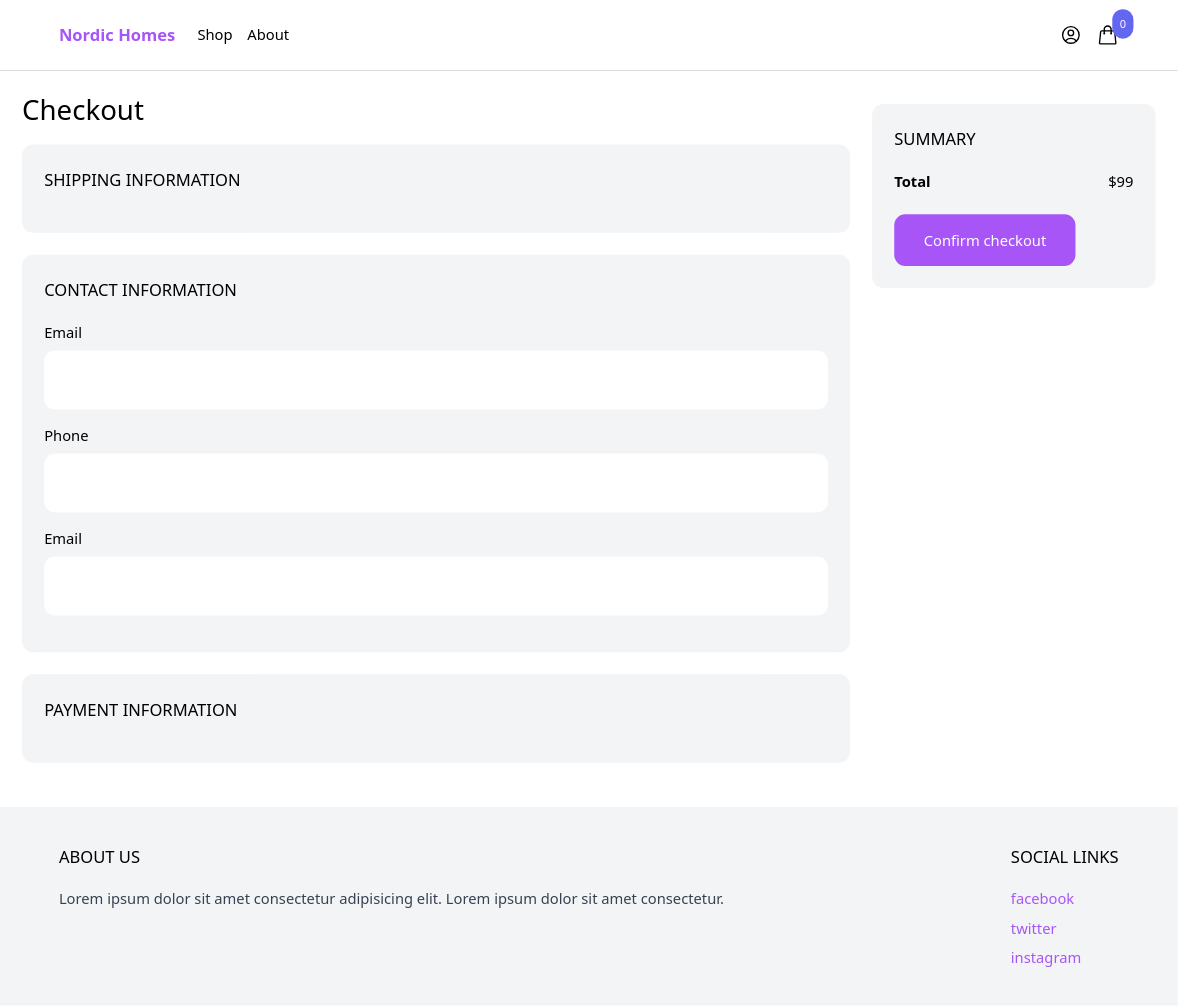
Repository: Calin224/NordicHomes
Page: cart/templates/cart/checkout.html
These files come from the project's save history. The page is drawn as it stood at one moment and after the next save; the edit follows.
The browser window is 1280 px wide. The pictures show the whole page, at 92% of full size.
Some web libraries are served in a nearby version. The template is drawn by Django 4.2. The application's start-up code is not run. The template is opened directly, without the code that normally fills it, so the values that code supplies are empty.

Above is the page before, as saved 2023-02-16 21:05:17.

After the next save:
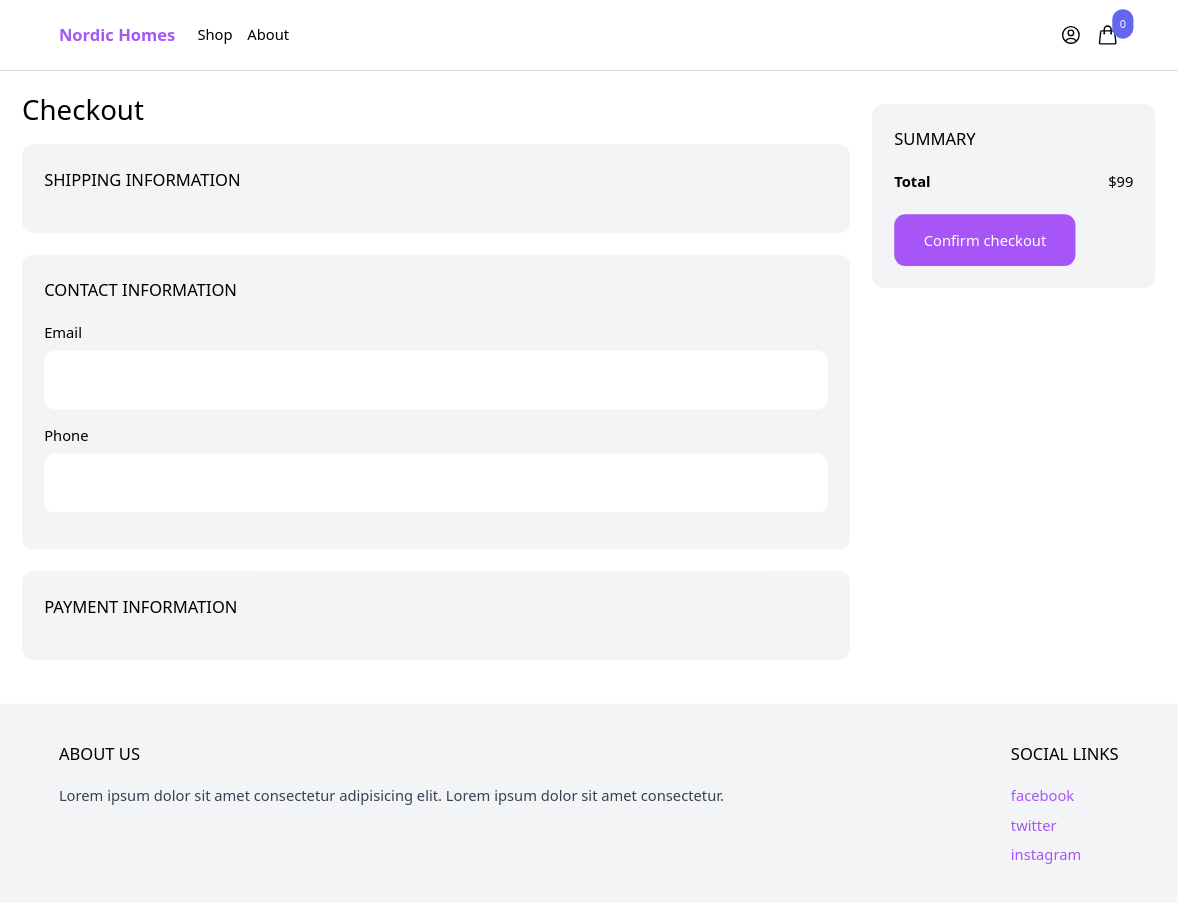
Saved 7 s later.
--- a/cart/templates/cart/checkout.html
+++ b/cart/templates/cart/checkout.html
@@ -23,11 +23,6 @@
                     <label for="" class="inline-block mb-2">Phone</label>
                     <input type="phone" class="w-full p-5 rounded-xl">
                 </div>
-
-                <div class="mb-4">
-                    <label for="" class="inline-block mb-2">Email</label>
-                    <input type="email" class="w-full p-5 rounded-xl">
-                </div>
             </div>
 
             <div class="mb-6 p-6 bg-gray-100 rounded-xl">
